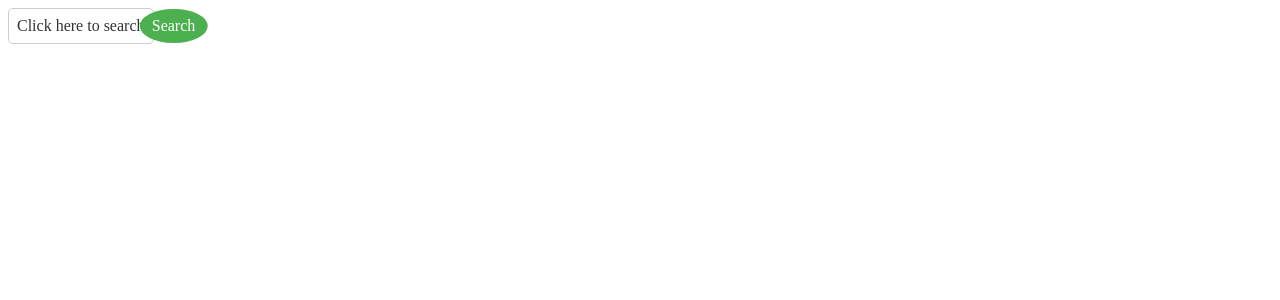
Repository: samoshi/To-do
Page: http://localhost/
The author's editor kept a copy of each file at every save. The page is drawn from the files as they stood at one save, then again after the next save.
The browser window is 1280 px wide. The pictures show the whole page.
The page is served by the project's application, run on Flask 3 (app/app.py). Queries for data that is not in the repository find no rows.

Above is the page before, as saved 2024-01-14 20:27:14.

After the next save:
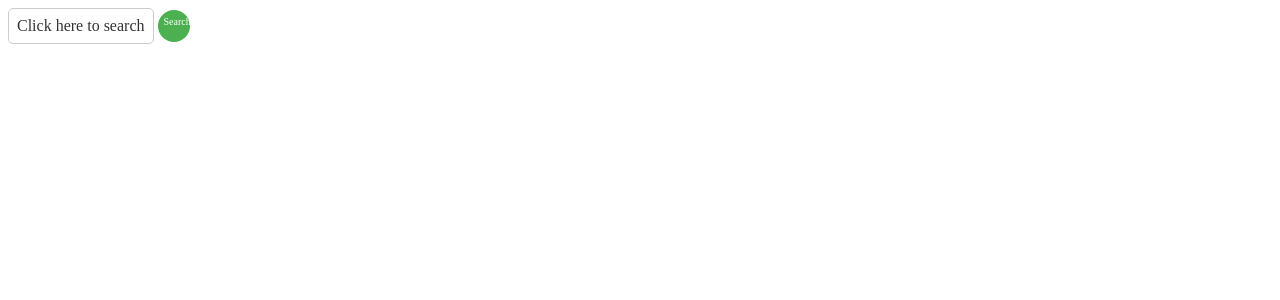
Saved 36 s later.
--- a/app/templates/index.html
+++ b/app/templates/index.html
@@ -32,10 +32,14 @@
             background-color: #4CAF50;
             color: #fff;
             border: none;
-            padding: 8px 12px;
-            border-radius: 50%; /* To make it a circle */
+            padding: 6px;
+            width: 20px; /* Set the width and height to make it a perfect circle */
+            height: 20px;
+            border-radius: 50%;
             cursor: pointer;
+            text-align: center;
             text-decoration: none;
+            font-size: 10px;
         }
     </style>
 </head>
